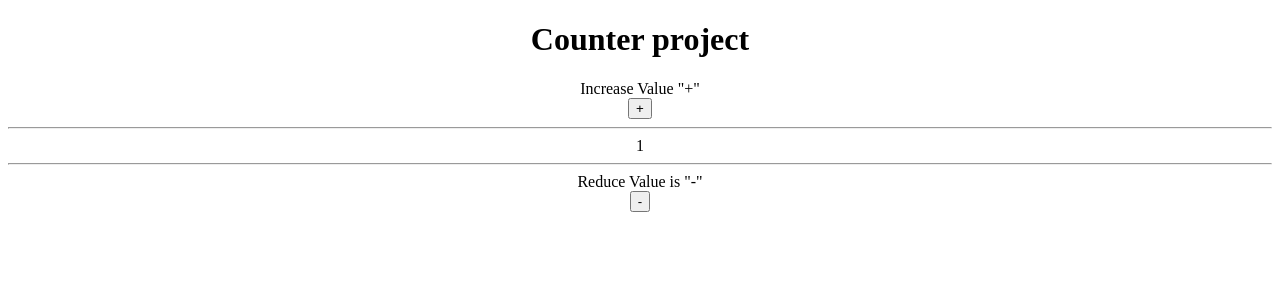
Repository: NiutaR/counter-dom
Page: index.html
An editor plug-in stored every save of this project. The page is shown before and after the next save, followed by the edit.
The browser window is 1280 px wide. The pictures show the whole page.

Above is the page before, as saved 2021-07-20 22:46:25.

After the next save:
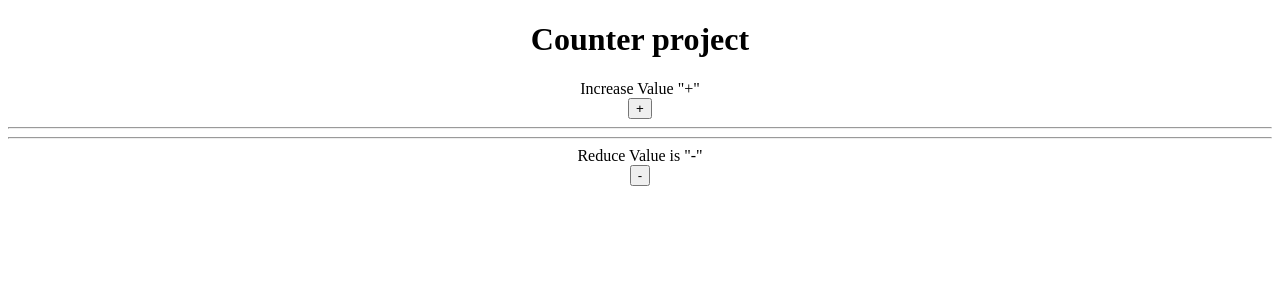
Saved 22 s later.
--- a/index.html
+++ b/index.html
@@ -14,8 +14,7 @@
 
         <label>Increase Value "+"<br><button id="increment">+</button></label>
         <hr>
-        <div id="startCounter">1</div>
-        <input type="hidden" value="1" id="num" name="num">
+
         <hr>
         <label>Reduce Value is "-"<br><button id="decrement">-</button></label>
     </div>
